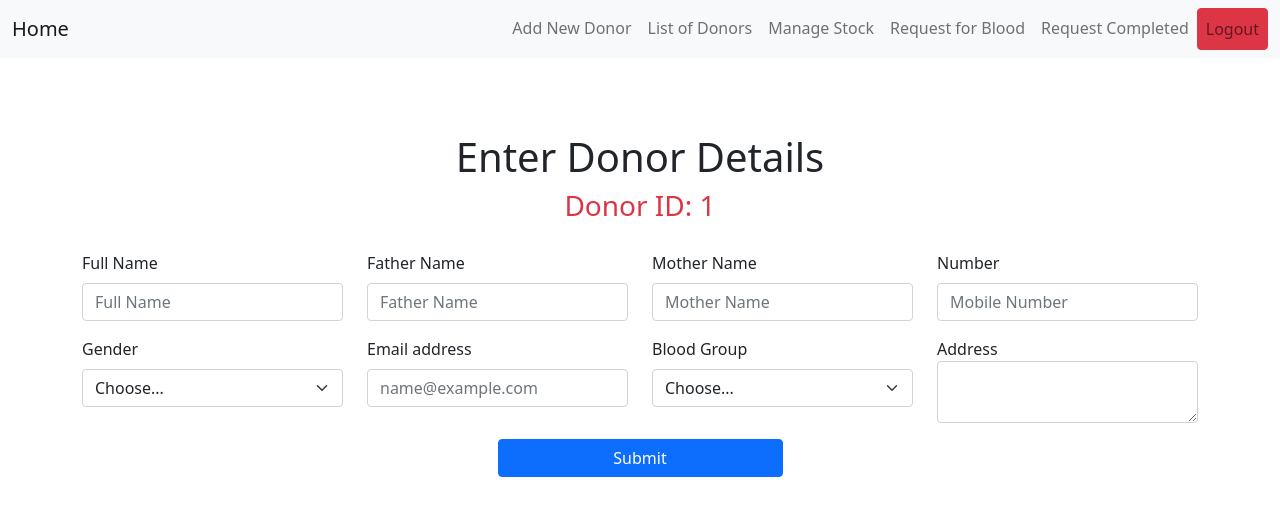
Repository: kshitizJ/Blood-Bank-Management-System-in-jsp
Page: http://localhost/Blood_Bank_Management_System/addNewDonor.jsp
An editor plug-in stored every save of this project. The page is shown before and after the next save, followed by the edit.
The browser window is 1280 px wide. The pictures show the whole page.
The page is served by Tomcat 9. Queries for data that is not in the repository find no rows.

Above is the page before, as saved 2021-04-28 09:14:35.

After the next save:
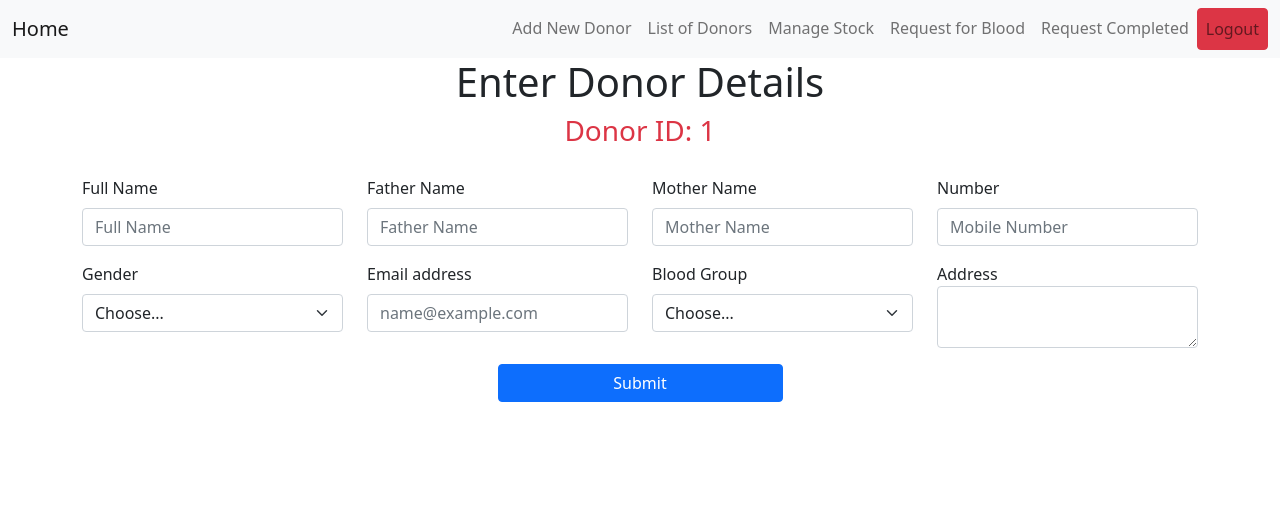
Saved 24 min 40 s later.
--- a/Blood Bank Management System/WebContent/addNewDonor.jsp
+++ b/Blood Bank Management System/WebContent/addNewDonor.jsp
@@ -10,10 +10,6 @@
 <meta http-equiv="X-UA-Compatible" content="IE=edge">
 <meta name="viewport" content="width=device-width, initial-scale=1.0">
 <style>
-.container {
-	margin-top: 75px;
-}
-
 .form {
 	margin-top: 20px;
 }
